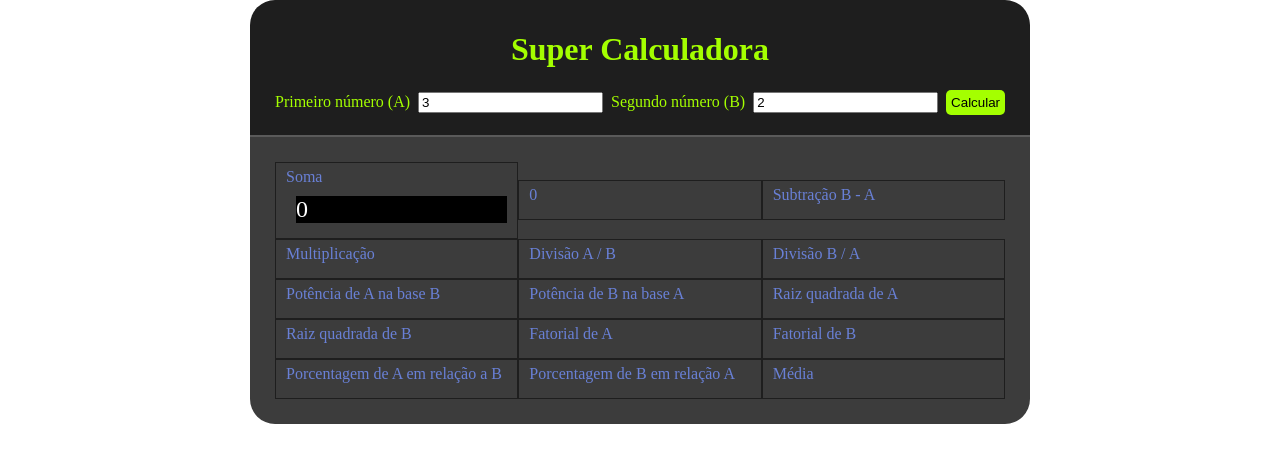
Repository: rrresck/supercalc-xpe
Page: index.html
An editor plug-in stored every save of this project. The page is shown before and after the next save, followed by the edit.
The browser window is 1280 px wide. The pictures show the whole page.

Above is the page before, as saved 2023-02-10 20:36:30.
Console error: TypeError: Cannot set properties of null (setting 'innerHTML')

After the next save:
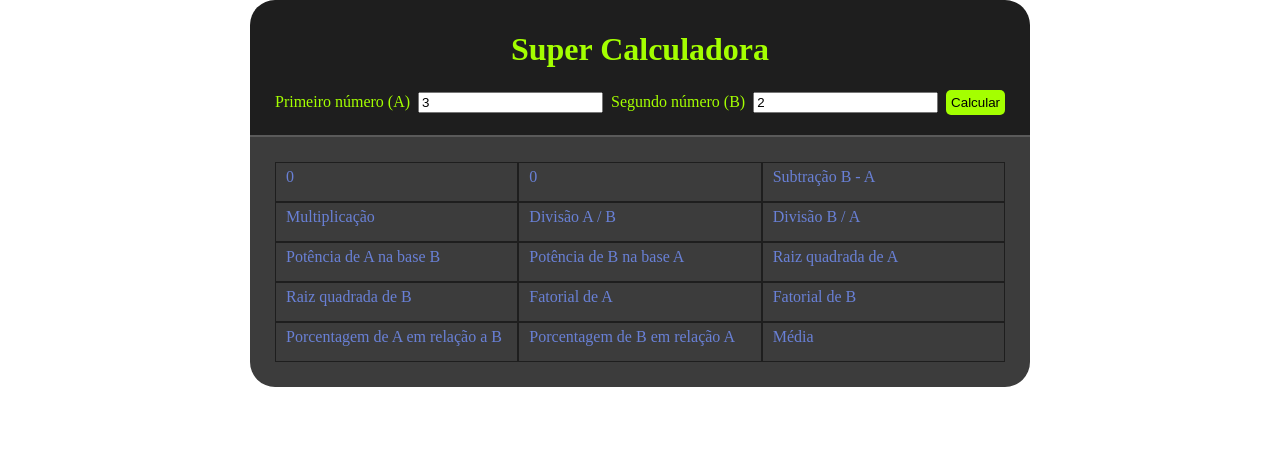
Saved 5 s later.
--- a/index.html
+++ b/index.html
@@ -21,7 +21,7 @@
     <main>
         <div class="flex">
             <div class="calculus">
-                <p id="sumLabel">Soma</p>
+                <p id="sum">Soma</p>
                 <p class="result" id="sum"></p>
             </div>
             <div class="calculus">

After the 4 saves that followed:
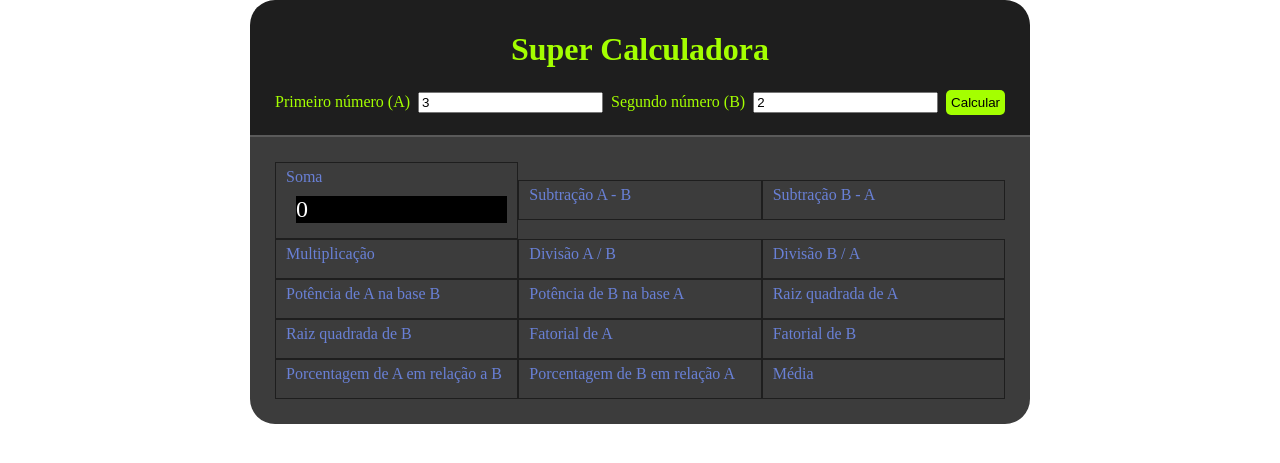
The 4 saves are shown as one change because 3 left the picture as it was.
The last was saved 3 min 55 s later.
--- a/index.html
+++ b/index.html
@@ -15,36 +15,36 @@
             <input type="number" name="firstNumber" id="firstNumber" value="3">
             <label for="secondNumber">Segundo número (B)</label>
             <input type="number" name="secondNumber" id="secondNumber" value="2">
-            <input type="button" id="calculateButton" value="Calcular" onclick="calculate()" />
+            <input type="button" id="calculateButton" value="Calcular" onclick="calculate()"/>
         </div>
     </header>
     <main>
         <div class="flex">
             <div class="calculus">
-                <p id="sum">Soma</p>
+                <p id="sumLabel">Soma</p>
                 <p class="result" id="sum"></p>
             </div>
             <div class="calculus">
-                <p id="minusA">Subtração A - B</p>
-                <p class="result" id="minusA"></p>
+                <p id="minusALabel">Subtração A - B</p>
+                <p class="result" id="subtractARes"></p>
             </div>
             <div class="calculus">
                 <p id="minusB">Subtração B - A</p>
-                <p class="result" id="minusB"></p>
+                <p class="result" id="subtractBRes"></p>
             </div>
         </div>
         <div class="flex">
             <div class="calculus">
                 <p id="multiplication">Multiplicação</p>
-                <p class="result" id="multiplication"></p>
+                <p class="result" id="multiplicationRes"></p>
             </div>
             <div class="calculus">
                 <p id="divisionA">Divisão A / B</p>
-                <p class="result" id="divisionA"></p>
+                <p class="result" id="divisionARes"></p>
             </div>
             <div class="calculus">
                 <p id="divisionB">Divisão B / A</p>
-                <p class="result" id="divisionB"></p>
+                <p class="result" id="divisionBRes"></p>
             </div>
         </div>
         <div class="flex">
